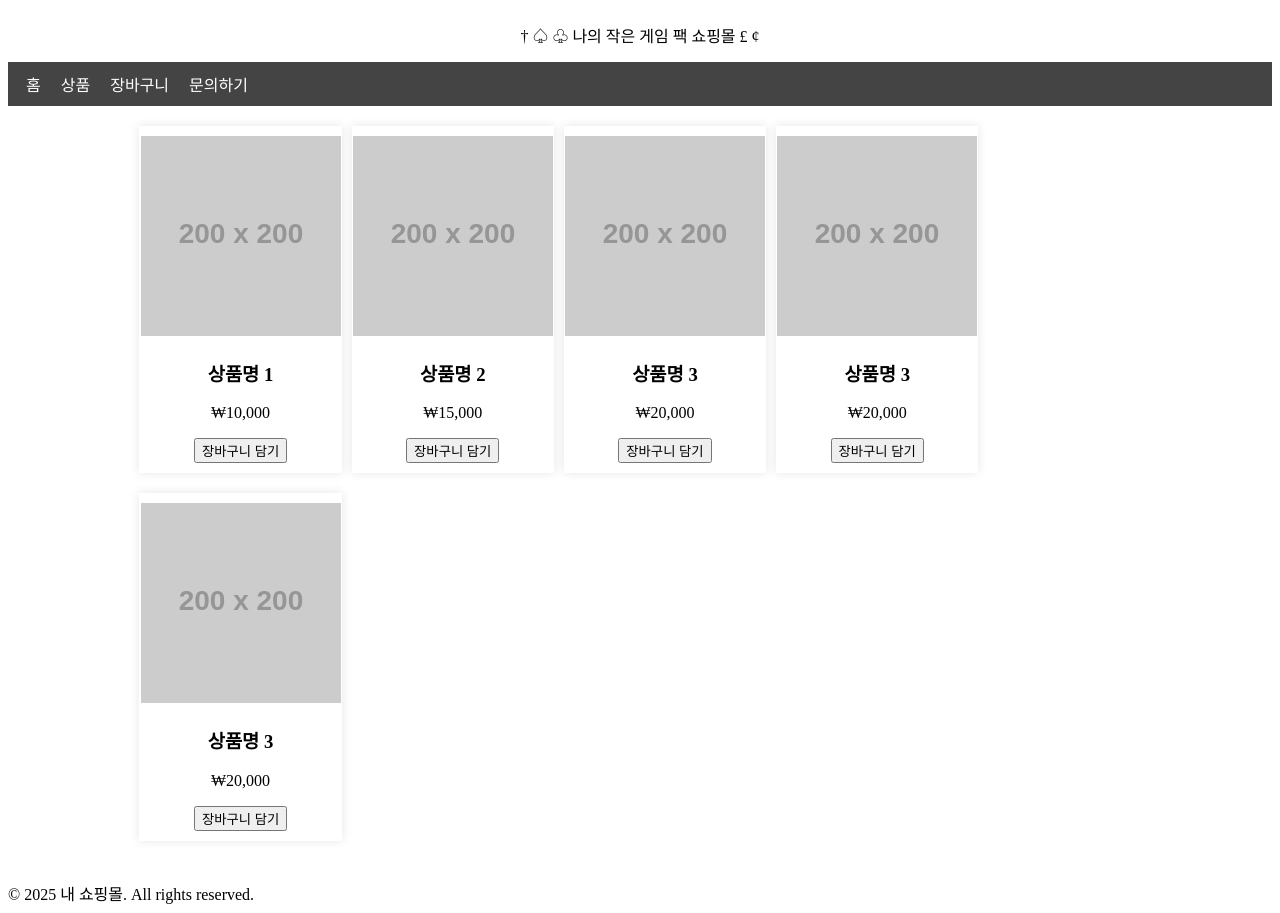
Repository: SeungYeon04/A_AssetsJSP
Page: http://localhost/JSP_Start01/
These files come from the project's save history. The page is drawn as it stood at one moment and after the next save; the edit follows.
The browser window is 1280 px wide. The pictures show the whole page.
Some web fonts or font styles are not loaded; a fallback is used. The page is served by Tomcat 9.

Above is the page before, as saved 2025-03-11 05:59:04.

### JSP_Start01/src/main/webapp/index.jsp
<%@ page language="java" contentType="text/html; charset=UTF-8"
    pageEncoding="UTF-8"%>
<!DOCTYPE html>
<html>
<head>
<meta charset="UTF-8">
<title>Insert title here</title>
</head>
<body>
	<header>† ♤ ♧  나의 작은 게임 팩 쇼핑몰 £ ¢</header>

    <nav>
        <a href="#">홈</a>
        <a href="#">상품</a>
        <a href="#">장바구니</a>
        <a href="#">문의하기</a>
    </nav>

    <div class="container">
        <div class="product">
            <img src="https://via.placeholder.com/200" alt="상품1">
            <h3>상품명 1</h3>
            <p>₩10,000</p>
            <button>장바구니 담기</button>
        </div>

        <div class="product">
            <img src="https://via.placeholder.com/200" alt="상품2">
            <h3>상품명 2</h3>
            <p>₩15,000</p>
            <button>장바구니 담기</button>
        </div>

        <div class="product">
            <img src="https://via.placeholder.com/200" alt="상품3">
            <h3>상품명 3</h3>
            <p>₩20,000</p>
            <button>장바구니 담기</button>
        </div>
        <div class="product">
            <img src="https://via.placeholder.com/200" alt="상품3">
            <h3>상품명 3</h3>
            <p>₩20,000</p>
            <button>장바구니 담기</button>
        </div>
         <div class="product">
            <img src="https://via.placeholder.com/200" alt="상품3">
            <h3>상품명 3</h3>
            <p>₩20,000</p>
            <button>장바구니 담기</button>
        </div>
    </div>

    <footer>© 2025 내 쇼핑몰. All rights reserved.</footer>
    <style>

    	body {
    		font-family: 'Ownglyph_ParkDaHyun';
    	}

    	header {
    		text-align: center;
    		padding: 15px 0;
    	}



	    @font-face {
		    font-family: 'Ownglyph_ParkDaHyun';
		    src: url('https://fastly.jsdelivr.net/gh/projectnoonnu/2411-3@1.0/Ownglyph_ParkDaHyun.woff2') format('woff2');
		    font-weight: normal;
		    font-style: normal;
		}

		nav {
			background-color: #444;
			padding: 10px;
			text-align: ceter;

			a {
				color: white;
            	text-decoration: none;
            	margin: 0 8px;
            	/*font-size: 18px;*/
			 }

			a:hover {
            	text-decoration: underline;
        	}
		}

		/* 메인콘텐츠 */
		.container {
			width: 80%;
			margin: 20px auto;
			display: flex;
			flex-wrap: wrap;
			jusify-content:	space-between;
		}

		.product {
			width: 20%; /* 너비 추가 */
			background: white;
			padding-top: 10px;
			padding-bottom: 10px;
			box-shadow: 0 0 10px rgba(0, 0, 0, 0.1);
			margin-bottom: 20px;
			text-align: center;
			margin-left: 5px;
			margin-right: 5px;
		}

    </style>
</body>
</html>

After the next save:
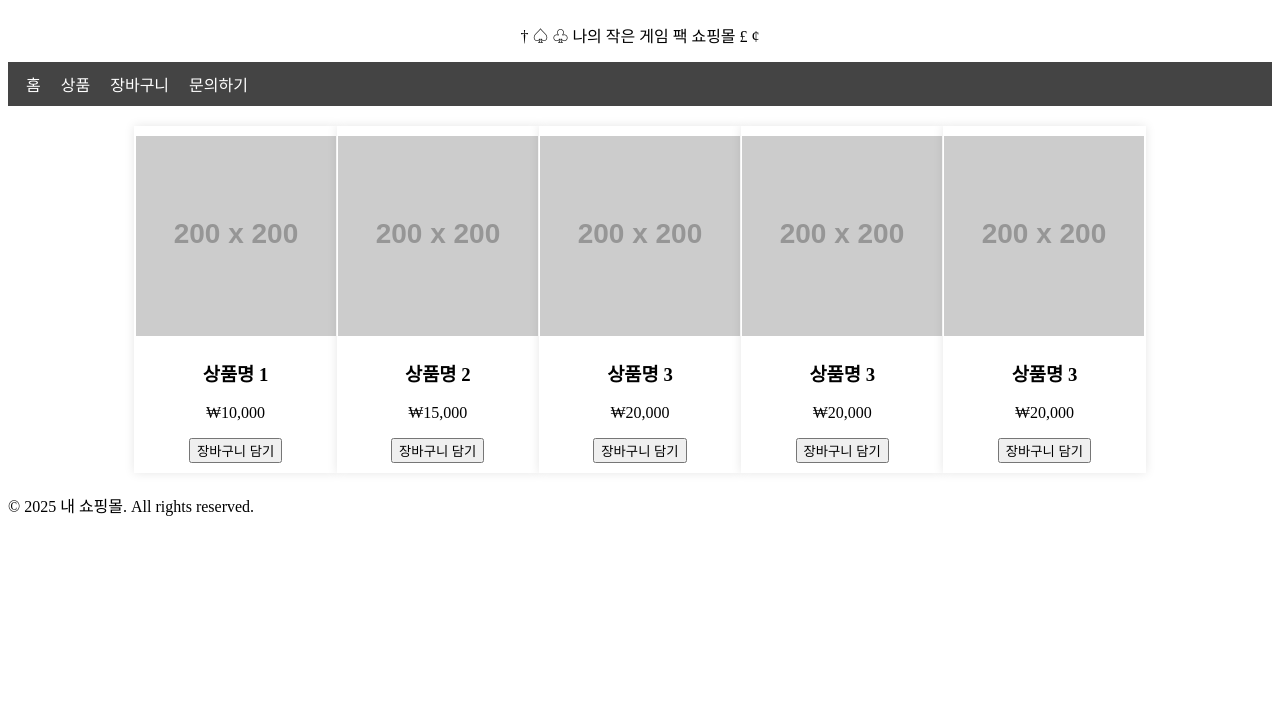
Saved 62 s later.
--- a/JSP_Start01/src/main/webapp/index.jsp
+++ b/JSP_Start01/src/main/webapp/index.jsp
@@ -104,11 +104,10 @@
 			padding-top: 10px;
 			padding-bottom: 10px;
 			box-shadow: 0 0 10px rgba(0, 0, 0, 0.1);
-			margin-bottom: 20px;
 			text-align: center;
-			margin-left: 5px;
-			margin-right: 5px;
+			margin: 20px center;
 		}
+
 
     </style>
 </body>
